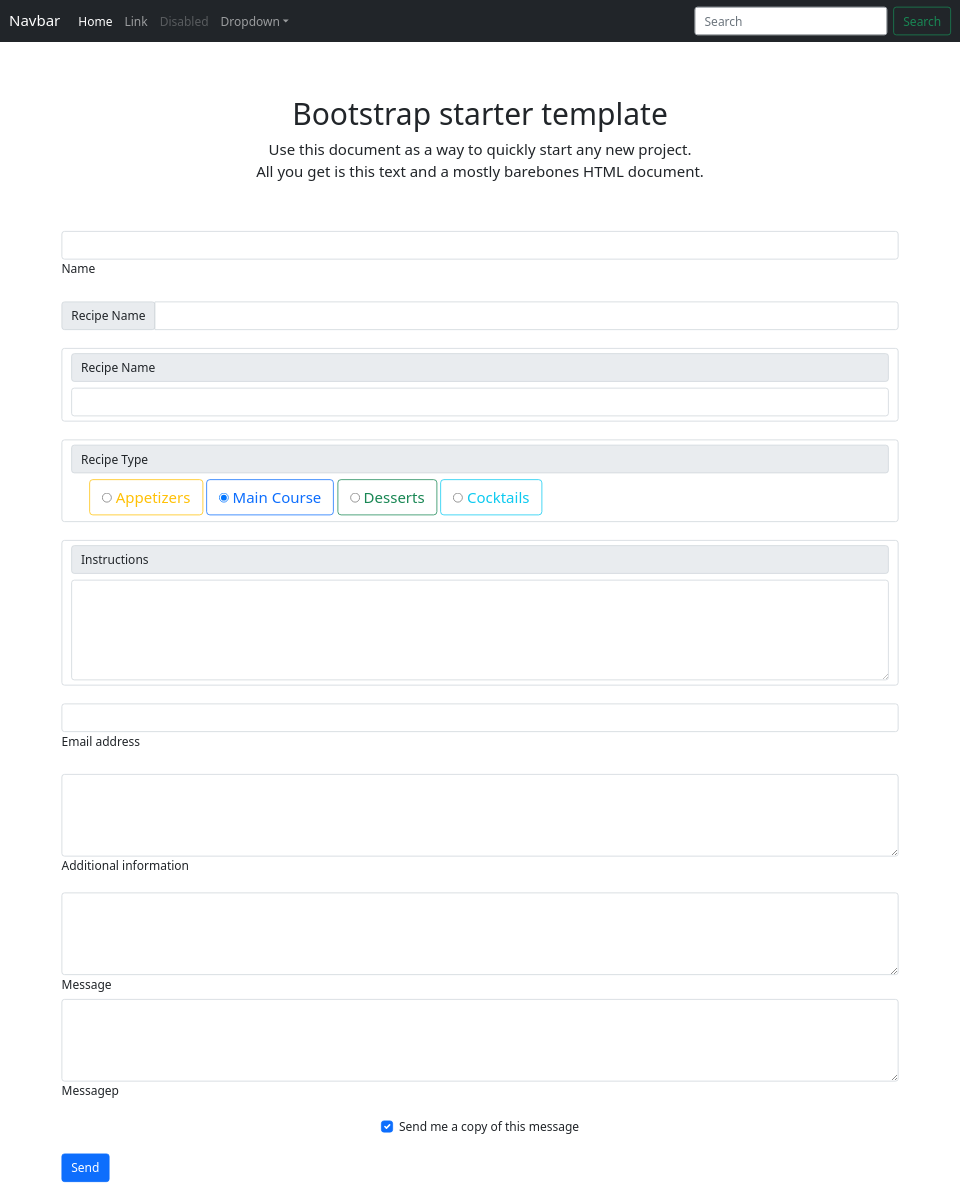
Repository: jerrywthompson/createRecipeWebpageHTML
Page: index.html
An editor plug-in stored every save of this project. The page is shown before and after the next save, followed by the edit.
The browser window is 1280 px wide. The pictures show the whole page, at 75% of full size.

Above is the page before, as saved 2021-02-23 22:27:06.

After the next save:
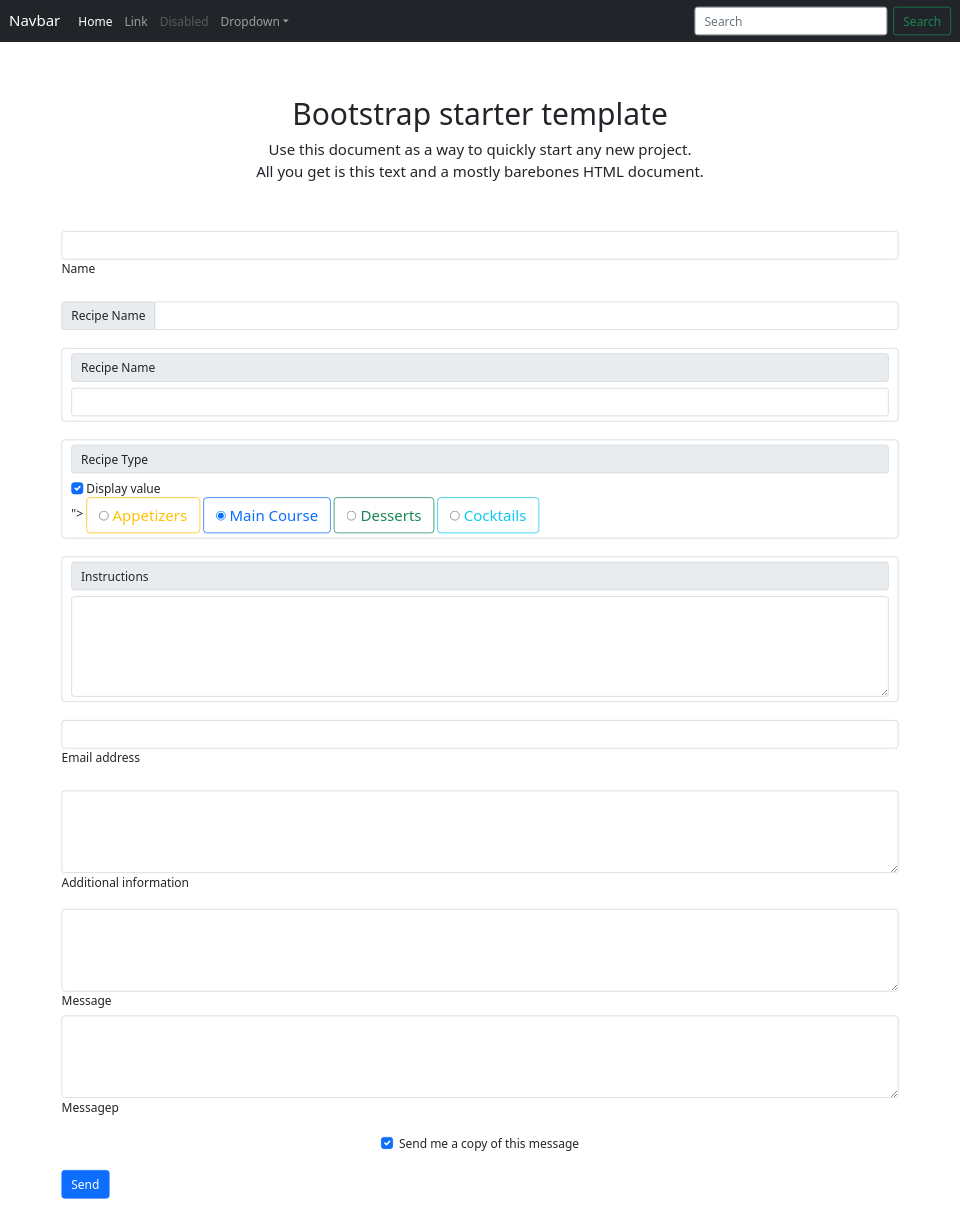
Saved 37 s later.
--- a/index.html
+++ b/index.html
@@ -107,7 +107,12 @@
                             <div class="input-group-prepend mb-2">
                                 <span class="input-group-text" id="inputGroup-sizing-default">Recipe Type</span>
                             </div>
-                            <div class="form-check mr-10">
+                            <div class="<div class="form-check">
+                              <label class="form-check-label">
+                                <input type="checkbox" class="form-check-input" name="" id="" value="checkedValue" checked>
+                                Display value
+                              </label>
+                            </div>">
                                 <label class="btn btn-outline-warning btn-lg">
                                     <input type="radio" name="recipeType" id="appetizers" value="appetizers" autocomplete="off" > Appetizers
                                 </label>
